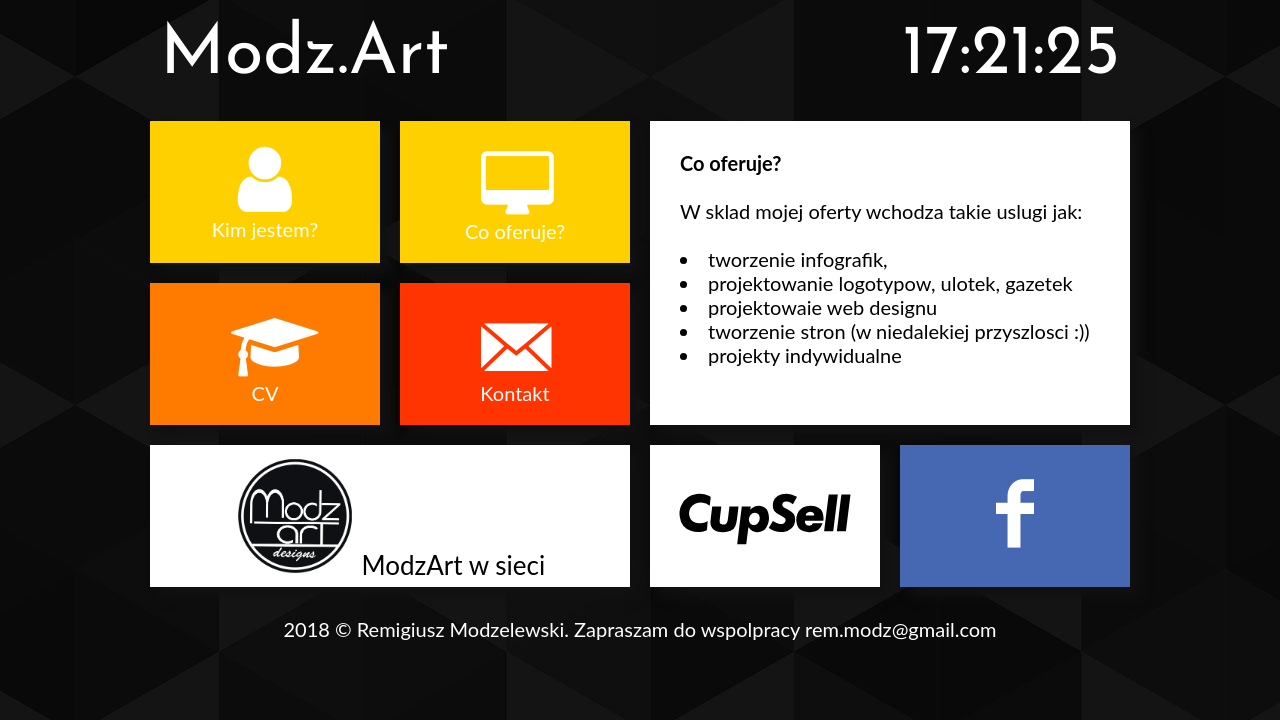
Repository: RemModz/Portfolio
Page: cooferuje.html
These files come from the project's save history. The page is drawn as it stood at one moment and after the next save; the edit follows.
The browser window is 1280 px wide. The pictures show the whole page.

Above is the page before, as saved 2018-11-14 15:14:06.

### cooferuje.html
<!DOCTYPE html>
<html lang="en">
<head>
    <meta charset="UTF-8">
    <meta name="viewport" content="width=device-width, initial-scale=1.0">
    <meta http-equiv="X-UA-Compatible" content="ie=edge">
    <title>ModzArt - Portfolio</title>
    <meta name='description' content="Portfolio z tworczoscia Remka Modzelewskiego"/>
    <meta name='keywords' content="webdesign, webgraphics, drawing and vector art"/>

    <link rel="stylesheet" href="style.css" type="text/css"/>
    <link rel="stylesheet" href="/fontello/css/fontello.css" type="text/css"/>
    <link href="https://fonts.googleapis.com/css?family=Josefin+Sans&amp;subset=latin-ext" rel="stylesheet">
    <script src="timer.js"></script>
</head>
<body onload="odliczanie();"></body>
    <div id="container">

        <div class="rectangle">
                <div id="logo">

                    <a href="index.html" class="tilelinkhtml5">Modz.Art</a></div>
            <div id="zegar"></div>
            <div style="clear:both;"></div>
        </div>

        <div class="square">
            <div class="tile1">
                <a href="kimjestem.html" class="tilelink"> <i class="icon-user"></i><br/>Kim jestem? </a>
            </div>
            <div class="tile1">
                <a href="cooferuje.html" class="tilelink"> <i class="icon-desktop"></i><br/>Co oferuje? </a>
                       </div>
            <div style="clear:both;"></div>

            <div class="tile2">
                    <a href="cv.html" class="tilelink"> <i class="icon-graduation-cap"></i><br />CV </a>
                </div>
            <div class="tile3">
                    <a href="kontakt.html" class="tilelink"> <i class="icon-email"></i><br />Kontakt </a>
            </div>
            <div style="clear:both;"></div>

            <div class="tile4"><img src="modzartlogo.svg" alt="ModzArt Logo"> ModzArt w sieci</div>
            <div style="clear:both;"></div>
        </div>

        <div class="square">
            <div class="tile5"> <b>Co oferuje?</b> <br /> <br /> W sklad mojej oferty wchodza takie uslugi jak: <br /><br />
                <li> tworzenie infografik,
                 <li> projektowanie logotypow, ulotek, gazetek
                 <li> projektowaie web designu
                 <li> tworzenie stron (w niedalekiej przyszlosci :))
                <li> projekty indywidualne
                </div>

            <div class="cupsell">
                    <a href="http://www.modzart.cupsell.pl" target="_blank" class="sociallink"><img src="cupsell.svg" alt="CupSell"></a></div>

                    <div class="fb">
                    <a href="http://www.facebook.com/R.ModzArt" target="_blank" class="sociallink"> <i class="icon-facebook"></i></a></div>
            <div style="clear:both;"></div>



        </div>

        <div style="clear:both;"></div>

        <div class="rectangle"> 2018 &copy;  Remigiusz Modzelewski. Zapraszam do wspolpracy rem.modz@gmail.com </div>
    </div>
</body>
</html>

### style.css
body {
    background-color: #303030;
    color: #ffffff;
    font-family: 'Lato', sans-serif;
    font-size: 20px;
    background-image: url(background.jpg);
}

#container {
    width: 1000px;
    margin-left: auto;
    margin-right: auto;
}

.rectangle {
    width: 960PX;
    margin: 20pX;
    text-align: center;
}


.square {
    width: 50%;
    float: left;
    color: black;
    text-align: center
}

#logo {
    float: left;
    font-family: 'Josefin Sans', sans-serif;
    font-size: 70px;
    width: 600;
    text-align: left;
}



#zegar {
    float: right;
    font-family: 'Josefin Sans', sans-serif;
    font-size: 70px;
    text-align: center;
}
.tile1 {
    margin: 10px;
    width: 230px;
    height: 142px;
    background-color: #ffd000;
    float: left;
    text-align: center;
    box-shadow: #111111 10px 10px 10px;
}

.tile1:hover {
background-color: #eec200b6;
}

.tile2 {
    margin: 10px;
    width: 230px;
    height: 142px;
    background-color:  #ff7b00;
    float: left;
    text-align: center;
    box-shadow: #111111 10px 10px 10px;
}

.tile2:hover {
    background-color: #f17501a4;
    }

.tile3 {
    margin: 10px;
    width: 230px;
    height: 142px;
    background-color: #ff3401;
    float: left;
    text-align: center;
    box-shadow: #111111 10px 10px 10px;
}
.tile3:hover {
    background-color:  #e72e009c;
    }

.tile4 {
    margin: 10px;
    width: 460px;
    height: 122px;
    padding: 10px;
    background-color: #ffffff;
    text-align: center;
    font-size: 26px;
    font: black;
    text-align: center;
    float: left;
    box-shadow: #111111 10px 10px 10px;

}

.tile4:hover {
    background-color: #ffffff;
    }

.tile5 {
    margin: 10px;
    width: 420px;
    height: 244px;
    background-color: #ffffff;
    text-align: justify;
    padding: 30px;
    box-shadow: #111111 10px 10px 10px;
}


.fb {
    margin: 10px;
    width: 230px;
    height: 142px;
    background-color: #4668b3;
    float: left;
    box-shadow: #111111 10px 10px 10px;
    text-align: center;

}
.fb:hover {
    background-color: #3557a2a6;
    }

.cupsell {
    margin: 10px;
    width: 230px;
    height: 102px;
    padding-top: 40px;
    background-color: #ffffff;
    float: left;
    box-shadow: #111111 10px 10px 10px;
    text-align: center;

    }

.cupsell:hover {
    background-color: #eeeeee88;
        }

.tilelink {

    color: #ffffff;
    text-decoration: none;
    display: block;
    width: 230px;
    height: 142px;

}

.tilelinkhtml5 {

    color: #ffffff;
    text-decoration: none;
    display: block;

}

.sociallink {

    color: #ffffff;
    text-decoration: none;
    display: block;
    width: 230px;
    height: 142px;
    margin-top: 20;

}

### fontello/css/fontello.css
@font-face {
  font-family: 'fontello';
  src: url('../font/fontello.eot?17037671');
  src: url('../font/fontello.eot?17037671#iefix') format('embedded-opentype'),
       url('../font/fontello.woff2?17037671') format('woff2'),
       url('../font/fontello.woff?17037671') format('woff'),
       url('../font/fontello.ttf?17037671') format('truetype'),
       url('../font/fontello.svg?17037671#fontello') format('svg');
  font-weight: normal;
  font-style: normal;
}
/* Chrome hack: SVG is rendered more smooth in Windozze. 100% magic, uncomment if you need it. */
/* Note, that will break hinting! In other OS-es font will be not as sharp as it could be */
/*
@media screen and (-webkit-min-device-pixel-ratio:0) {
  @font-face {
    font-family: 'fontello';
    src: url('../font/fontello.svg?17037671#fontello') format('svg');
  }
}
*/

 [class^="icon-"]:before, [class*=" icon-"]:before {
  font-family: "fontello";
  font-style: normal;
  font-weight: normal;
  speak: none;

  display: inline-block;
  text-decoration: inherit;
  width: 1em;
  margin-right: .2em;
  text-align: center;
  /* opacity: .8; */

  /* For safety - reset parent styles, that can break glyph codes*/
  font-variant: normal;
  text-transform: none;

  /* fix buttons height, for twitter bootstrap */
  line-height: 1em;

  /* Animation center compensation - margins should be symmetric */
  /* remove if not needed */
  margin-left: .2em;

  /* you can be more comfortable with increased icons size */
  /* font-size: 120%; */

  /* Font smoothing. That was taken from TWBS */
  -webkit-font-smoothing: antialiased;
  -moz-osx-font-smoothing: grayscale;

  /* Uncomment for 3D effect */
  /* text-shadow: 1px 1px 1px rgba(127, 127, 127, 0.3); */
}

.icon-user:before { content: '\e800'; font-size: 76px; margin-top: 20px;} /* '' */
.icon-email:before { content: '\e801'; font-size: 68px; margin-top: 30px; } /* '' */
.icon-gmail:before { content: '\e802'; font-size: 68px; margin-top: 30px; } /* '' */
.icon-twitter:before { content: '\f099'; font-size: 76px; margin-top: 30px; } /* '' */
.icon-gplus:before { content: '\f0d5'; font-size: 68px; margin-top: 30px;} /* '' */
.icon-desktop:before { content: '\f108'; font-size: 68px; margin-top: 30px;} /* '' */
.icon-youtube:before { content: '\f167'; font-size: 76px; margin-top: 30px;} /* '' */
.icon-graduation-cap:before { content: '\f19d'; font-size: 68px; margin-top: 30px;} /* '' */
.icon-facebook:before { content: '\f30c'; font-size: 76px; margin-top: 30px;} /* '' */

### timer.js
function odliczanie()
	{
		var dzisiaj = new Date();


		var godzina = dzisiaj.getHours();
		if (godzina<10) godzina = "0"+godzina;

		var minuta = dzisiaj.getMinutes();
		if (minuta<10) minuta = "0"+minuta;

		var sekunda = dzisiaj.getSeconds();
		if (sekunda<10) sekunda = "0"+sekunda;

		document.getElementById("zegar").innerHTML = +godzina+":"+minuta+":"+sekunda;

		 setTimeout("odliczanie()",1000);
	}

### modzartlogo.svg
<?xml version="1.0" encoding="UTF-8" standalone="no"?>
<!-- Created with Inkscape (http://www.inkscape.org/) -->

<svg
   xmlns:dc="http://purl.org/dc/elements/1.1/"
   xmlns:cc="http://creativecommons.org/ns#"
   xmlns:rdf="http://www.w3.org/1999/02/22-rdf-syntax-ns#"
   xmlns:svg="http://www.w3.org/2000/svg"
   xmlns="http://www.w3.org/2000/svg"
   xmlns:xlink="http://www.w3.org/1999/xlink"
   xmlns:sodipodi="http://sodipodi.sourceforge.net/DTD/sodipodi-0.dtd"
   xmlns:inkscape="http://www.inkscape.org/namespaces/inkscape"
   width="120"
   height="120"
   viewBox="0 0 79.639582 79.639586"
   version="1.1"
   id="svg3759"
   inkscape:version="0.92.3 (2405546, 2018-03-11)"
   sodipodi:docname="modzartlogo.svg">
  <defs
     id="defs3753" />
  <sodipodi:namedview
     id="base"
     pagecolor="#ffffff"
     bordercolor="#666666"
     borderopacity="1.0"
     inkscape:pageopacity="0.0"
     inkscape:pageshadow="2"
     inkscape:zoom="0.35"
     inkscape:cx="400"
     inkscape:cy="560"
     inkscape:document-units="px"
     inkscape:current-layer="layer1"
     showgrid="false"
     units="px"
     inkscape:window-width="1853"
     inkscape:window-height="895"
     inkscape:window-x="67"
     inkscape:window-y="27"
     inkscape:window-maximized="1" />
  <metadata
     id="metadata3756">
    <rdf:RDF>
      <cc:Work
         rdf:about="">
        <dc:format>image/svg+xml</dc:format>
        <dc:type
           rdf:resource="http://purl.org/dc/dcmitype/StillImage" />
        <dc:title></dc:title>
      </cc:Work>
    </rdf:RDF>
  </metadata>
  <g
     inkscape:label="Layer 1"
     inkscape:groupmode="layer"
     id="layer1"
     transform="translate(0,-217.3604)">
    <image
       width="75.551514"
       height="75.551514"
       preserveAspectRatio="none"
       xlink:href="data:[embedded picture, 42194 characters]"
       id="image10"
       x="1.9873376"
       y="220.14146" />
  </g>
</svg>

After the next save:
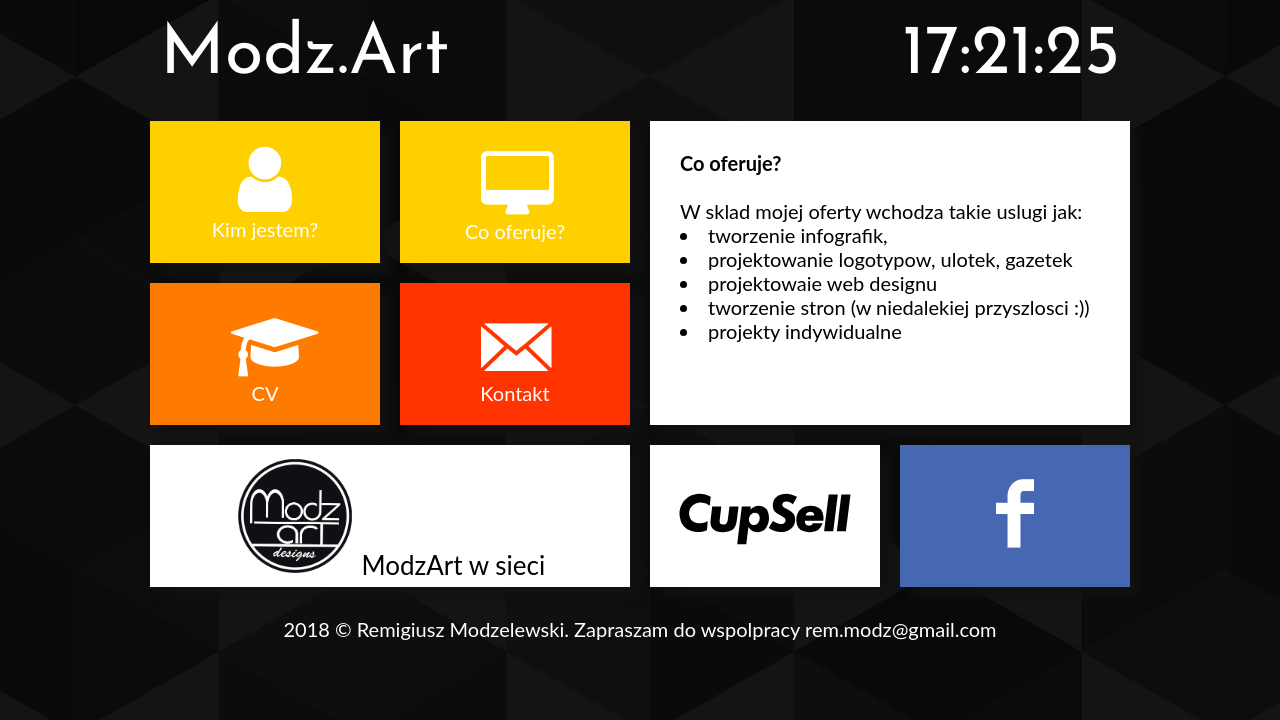
Saved 21 s later.
--- a/cooferuje.html
+++ b/cooferuje.html
@@ -46,7 +46,7 @@
         </div>
 
         <div class="square">
-            <div class="tile5"> <b>Co oferuje?</b> <br /> <br /> W sklad mojej oferty wchodza takie uslugi jak: <br /><br />
+            <div class="tile5"> <b>Co oferuje?</b> <br /> <br /> W sklad mojej oferty wchodza takie uslugi jak: <br />
                 <li> tworzenie infografik,
                  <li> projektowanie logotypow, ulotek, gazetek
                  <li> projektowaie web designu
